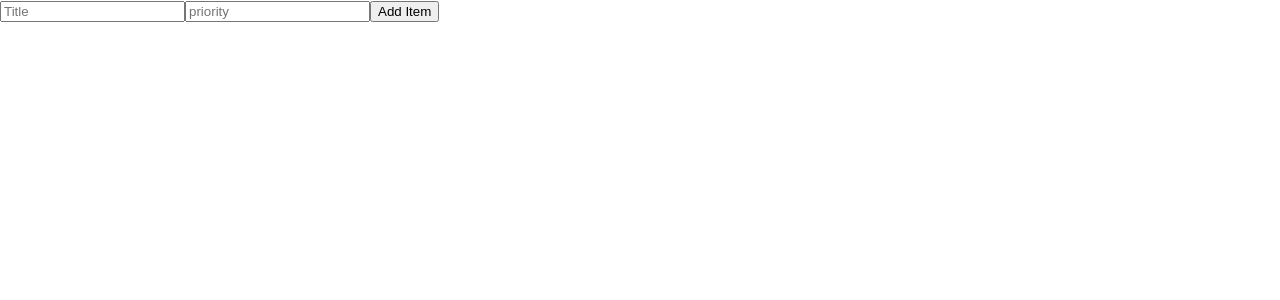
Repository: Juan-Christian-2711/todo
Page: / (app in frontend/)
An editor plug-in stored every save of this project. The page is shown before and after a run of saves, followed by the edit.
The browser window is 1280 px wide. The pictures show the whole page.
The project was rebuilt for these pictures with package versions that can differ from the ones it lists, and the page was loaded fresh each time.

Above is the page before, as saved 2024-03-30 14:50:52.

After the next 2 saves:
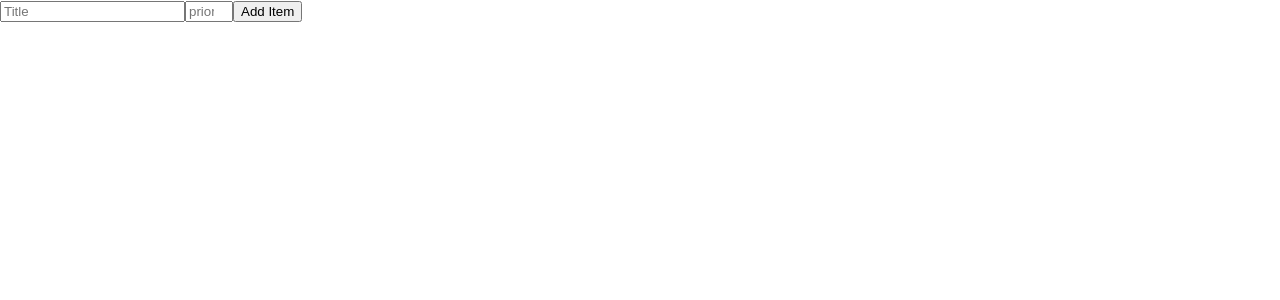
The 2 saves are shown as one change because they came seconds apart.
The last was saved 53 s later.
--- a/frontend/src/App.js
+++ b/frontend/src/App.js
@@ -37,6 +37,7 @@ function App() {
           value={quantity}
           onChange={handleQuantityChange}
           max="5"
+          min="0"
         />
         <button type="submit">Add Item</button>
       </form>
